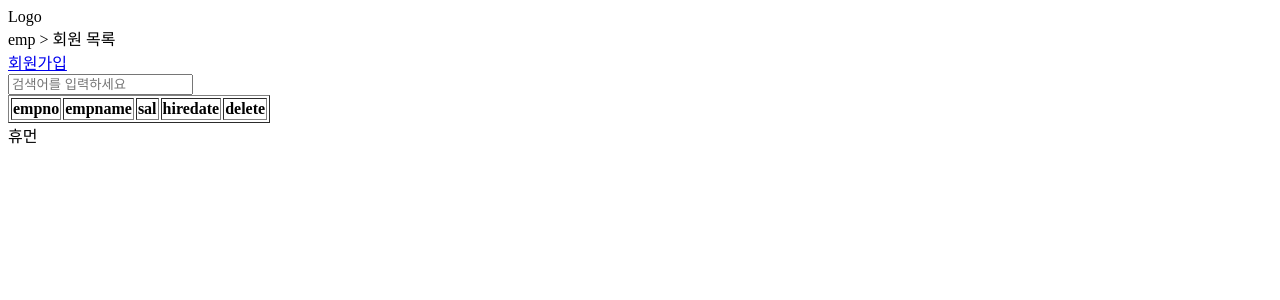
Repository: polikiki/Connor-s-team-projectt
Page: http://localhost/proj6_myBatis/emp0
These files come from the project's save history. The page is drawn as it stood at one moment and after the next save; the edit follows.
The browser window is 1280 px wide. The pictures show the whole page.
The page is served by Tomcat 9. Other server files are loaded and not shown. Queries for data that is not in the repository find no rows.

Above is the page before, as saved 2024-09-20 02:44:15.

### workspace_java/proj6_myBatis/src/main/webapp/WEB-INF/views/emp.jsp
<%@ page language="java" contentType="text/html; charset=UTF-8"
    pageEncoding="UTF-8"%>
<%@ taglib prefix="c" uri="http://java.sun.com/jsp/jstl/core" %>
<%@ taglib prefix="fmt" uri="http://java.sun.com/jsp/jstl/fmt" %>
<%@ taglib prefix="fn" uri="http://java.sun.com/jsp/jstl/functions" %>

<!DOCTYPE html>
<html>
<head>
<meta charset="UTF-8">
<title>Insert title here</title>
</head>
<body>
<header>
	Logo
	<nav>emp > 회원 목록</nav>
</header>
<main>
	<a href="emp0?cmd=join">회원가입</a>
	<section>
		<article>
			<form method="get" action="empo0">
				<input type="text" placeholder="검색어를 입력하세요">
			</form>
			<table border="1">
				<caption style = "display:none;">회원 목록 표시 : display:none으로 감춰놓자</caption>
				<thead>
					<tr>
						<th>empno</th>
						<th>empname</th>
						<th>sal</th>
						<th>hiredate</th>
						<th>delete</th>
					</tr>
				</thead>
				<tbody>
					<c:forEach var="dto" items="${emplist}">
						<tr>
							<form action="emp0" method="post">

							<td>${dto.empno}</td>
							<td><a
								href="emp0?cmd=detail&empno=${dto.empno}">${dto.ename}</a></td>
							<td>${dto.sal}</td>
							<td>
								<fmt:formatDate value="${dto.hireDate}" pattern="yyyy년 MM월 dd일 hh시 mm분 ss초"/>
							</td>
							<td>
								<form action="emp0" method="post">
									<input type="hidden" name="cmd" value="delete">
									<input type="hidden" name="empno" value="${dto.empno}">
									<input type="submit" value="삭제">
							</form>
							</td>
						</tr>
					</c:forEach>
				</tbody>
			</table>
		</article>
	</section>
</main>
<footer>휴먼</footer>
</body>

<script>

</script>
</html>

### workspace_java/proj6_myBatis/src/main/java/emp/crud/Emp0Servlet.java
package emp.crud;

import java.io.IOException;
import java.sql.Date;
import java.util.List;

import javax.servlet.ServletException;
import javax.servlet.annotation.WebServlet;
import javax.servlet.http.HttpServlet;
import javax.servlet.http.HttpServletRequest;
import javax.servlet.http.HttpServletResponse;

@WebServlet("/emp0")
public class Emp0Servlet extends HttpServlet {
	private static final long serialVersionUID = 1L;

	private boolean _DEBUG = true;

	protected void doGet(HttpServletRequest request, HttpServletResponse response) throws ServletException, IOException {

		String cmd = request.getParameter("cmd");
		EmpDAO empDAO = new EmpDAO();

		if(cmd == null) {

		List<EmpDTO> emplist = empDAO.selectEmp();

		request.setAttribute("emplist", emplist);

		request.getRequestDispatcher("/WEB-INF/views/emp.jsp").forward(request, response);
		}else if("join".equals(cmd)){

			request.getRequestDispatcher("/WEB-INF/views/empjoin.jsp").forward(request, response);
		}else if("detail".equals(cmd)) {

			// pk인 empno 확보
			String strEmpno = request.getParameter("empno");

			try {
				int empno = Integer.parseInt(strEmpno);

				// 특정 회원 정보 조회
				EmpDTO empDTO = empDAO.selectOneEmp(empno);
				System.out.println("empDTO :"+ empDTO);
				// 정보를 request에 담아서
				request.setAttribute("empDTO", empDTO);
				request.setAttribute("cmd", "detail");
				// 상세 정보 페이지로 이동
				request.getRequestDispatcher("/WEB-INF/views/empjoin.jsp").forward(request, response);

			}catch (Exception e) {
				e.printStackTrace();
			}

		}else if("edit".equals(cmd)) {


				// pk인 empno 확보
				String strEmpno = request.getParameter("empno");

				try {
						int empno = Integer.parseInt(strEmpno);

					// 특정 회원 정보 조회
					EmpDTO empDTO = empDAO.selectOneEmp(empno);

					// 정보를 request에 담아서
					request.setAttribute("empDTO", empDTO);
					request.setAttribute("cmd", cmd);

					// 상세 정보 페이지로 이동
					request.getRequestDispatcher("/WEB-INF/views/empjoin.jsp").forward(request, response);

				}catch (Exception e) {
					e.printStackTrace();
				}

		}

	}


	protected void doPost(HttpServletRequest request, HttpServletResponse response) throws ServletException, IOException {

		request.setCharacterEncoding("utf-8");
		response.setContentType("text/html; charset=utf-8;");

		String strEmpno = request.getParameter("empno");
		String ename = request.getParameter("ename");
		String strHireDate = request.getParameter("hireDate"); // 2024-09-19


		try {
			int empno = Integer.parseInt(strEmpno);

			Date hireDate = null;

			if(strHireDate != null) {
				hireDate = Date.valueOf(strHireDate);
			}


			EmpDTO empDTO = new EmpDTO();
			empDTO.setEmpno(empno);
			empDTO.setEname(ename);
			empDTO.setHireDate(hireDate);

			// insert 실행

			EmpDAO empDAO = new EmpDAO();

			String cmd = request.getParameter("cmd");
			if(cmd == null) {
				int result = empDAO.insertEmp(empDTO);
				System.out.println("회원 가입 결과 :"+ result);
			}else if("edit".equals(cmd)) {
				int result = empDAO.updateEmp(empDTO);
				System.out.println("업데이트 결과 :"+ result);
			}else if("delete".equals(cmd)) {
				// 삭제
				int result = empDAO.DeleteEmp(empDTO);
				System.out.println("삭제 결과 :"+ result);
			}

			response.sendRedirect("emp0");

		}catch (Exception e) {
			if(_DEBUG) {
				e.printStackTrace();
			}
		}

	}


	protected void doDelete(HttpServletRequest request, HttpServletResponse response) throws ServletException, IOException {

	}

	protected void doPut(HttpServletRequest request, HttpServletResponse response) throws ServletException, IOException {



	}

}

### workspace_java/proj6_myBatis/src/main/java/emp/crud/EmpDAO.java
package emp.crud;

import java.io.Reader;
import java.util.List;
import java.util.Map;

import org.apache.ibatis.io.Resources;
import org.apache.ibatis.session.SqlSession;
import org.apache.ibatis.session.SqlSessionFactory;
import org.apache.ibatis.session.SqlSessionFactoryBuilder;

import emp.crud.EmpDTO;

public class EmpDAO {

	private  SqlSessionFactory sqlMapper = null;

    public  SqlSessionFactory getInstance() {
        if(sqlMapper == null) {
        	// DB 접속
        	// 자동 커밋 : sqlMapper.openSession()
        	// 수동 커밋 : sqlMapper.openSession(false)
            try {
                String res = "mybatis/SqlMapConfig.xml";
                Reader reader = Resources.getResourceAsReader(res);

                SqlSessionFactoryBuilder ssfb = new SqlSessionFactoryBuilder();
                sqlMapper = ssfb.build(reader);

                reader.close();
            }catch (Exception e) {
                e.printStackTrace();
            }
        }

        return sqlMapper;
    }

    public List<EmpDTO> selectEmp() {
    	List<EmpDTO> empList = null;

    	// SqlMapConfig.xml을 읽어옴
    	sqlMapper = getInstance();
    	if(sqlMapper != null) {

    		// DB 접속
        	SqlSession sqlSession = sqlMapper.openSession(true);

        	empList = sqlSession.selectList("mapper.emp.selectAllEmp");
        	System.out.println("empList.size :" + empList.size());
    	} else {
    		System.out.println("DB 접속 실패");
    	}

    	return empList;
    }



    public int insertEmp(EmpDTO empDTO) {
    	int result = -1;

    	// SqlMapConfig.xml을 읽어옴
    	sqlMapper = getInstance();
    	if(sqlMapper != null) {

    		// DB 접속
    		// 자동 커밋 : sqlMapper.openSession()
    		// 수동 커밋 : sqlMapper.openSession(false)
        	SqlSession sqlSession = sqlMapper.openSession(true);

        	try {
        		System.out.println(empDTO);
        		result = sqlSession.insert("mapper.emp.param.insertEmp", empDTO);
        	}catch (Exception e) {
        		e.printStackTrace();
			}
    	} else {
    		System.out.println("DB 접속 실패");
    	}

    	return result;
    }

    public int DeleteEmp(EmpDTO empDTO) {
    	int result = -1;

    	// SqlMapConfig.xml을 읽어옴
    	sqlMapper = getInstance();
    	if(sqlMapper != null) {

    		// DB 접속
        	SqlSession sqlSession = sqlMapper.openSession(true);

        	try {
        		System.out.println(empDTO);
        		result = sqlSession.delete("mapper.emp.param.deleteEmp", empDTO);
        	}catch (Exception e) {
        		e.printStackTrace();
			}
    	} else {
    		System.out.println("DB 접속 실패");
    	}

    	return result;
    }

    public EmpDTO selectOneEmp(int empno) {
    	EmpDTO empDTO = null;

    	// SqlMapConfig.xml을 읽어옴
    	sqlMapper = getInstance();
    	if(sqlMapper != null) {

    		// DB 접속
        	SqlSession sqlSession = sqlMapper.openSession();

        	try {
        		empDTO = sqlSession.selectOne("mapper.emp.param.selectOneEmp", empno);
        	}catch (Exception e) {
        		e.printStackTrace();
			}
    	} else {
    		System.out.println("DB 접속 실패");
    	}

    	return empDTO;
    }

    public int updateEmp(EmpDTO empDTO) {
    	int result = -1;

    	// SqlMapConfig.xml을 읽어옴
    	sqlMapper = getInstance();
    	if(sqlMapper != null) {

    		// DB 접속
    		// 자동 커밋 : sqlMapper.openSession()
    		// 수동 커밋 : sqlMapper.openSession(false)
        	SqlSession sqlSession = sqlMapper.openSession(true);

        	try {
        		System.out.println(empDTO);
        		result = sqlSession.update("mapper.emp.param.updateEmp", empDTO);
        	}catch (Exception e) {
        		e.printStackTrace();
			}
    	} else {
    		System.out.println("DB 접속 실패");
    	}

    	return result;
    }

}

### workspace_java/proj6_myBatis/src/main/java/emp/crud/EmpDTO.java
package emp.crud;

import java.sql.Date;

public class EmpDTO {

	private Integer empno;	// 사원번호
	private String ename;	// 사원명
	private String job;
	private Integer mgr;
	private Date hireDate;
	private int sal;
	private Integer comm;
	private int deptno;

	private int rnum;

	private String keyword;

	public int getRnum() {
		return rnum;
	}
	public void setRnum(int rnum) {
		this.rnum = rnum;
	}
	public Integer getEmpno() {
//		System.out.println("getEmpno 호출");
		return this.empno;
	}
	public void setEmpno(Integer empno) {
		this.empno = empno;
	}
	public String getEname() {
		return ename;
	}
	public void setEname(String ename) {
		this.ename = ename;
	}
	public String getJob() {
		return job;
	}
	public void setJob(String job) {
		this.job = job;
	}
	public Integer getMgr() {
		return mgr;
	}
	public void setMgr(Integer mgr) {
		this.mgr = mgr;
	}
	public Date getHireDate() {
		return hireDate;
	}
	public void setHireDate(Date hireDate) {
		this.hireDate = hireDate;
	}
	public int getSal() {
		return sal;
	}
	public void setSal(int sal) {
		this.sal = sal;
	}
	public Integer getComm() {
		return comm;
	}
	public void setComm(Integer comm) {
		this.comm = comm;
	}
	public int getDeptno() {
		return deptno;
	}
	public void setDeptno(int deptno) {
		this.deptno = deptno;
	}

	public String getKeyword() {
		return keyword;
	}
	public void setKeyword(String keyword) {
		this.keyword = keyword;
	}

	@Override
	public String toString() {
		return "EmpDTO [empno=" + empno + ", ename=" + ename + ", job=" + job + ", mgr=" + mgr + ", hireDate="
				+ hireDate + ", sal=" + sal + ", comm=" + comm + ", deptno=" + deptno + ", rnum=" + rnum + ", keyword="
				+ keyword + "]";
	}

}

After the next save:
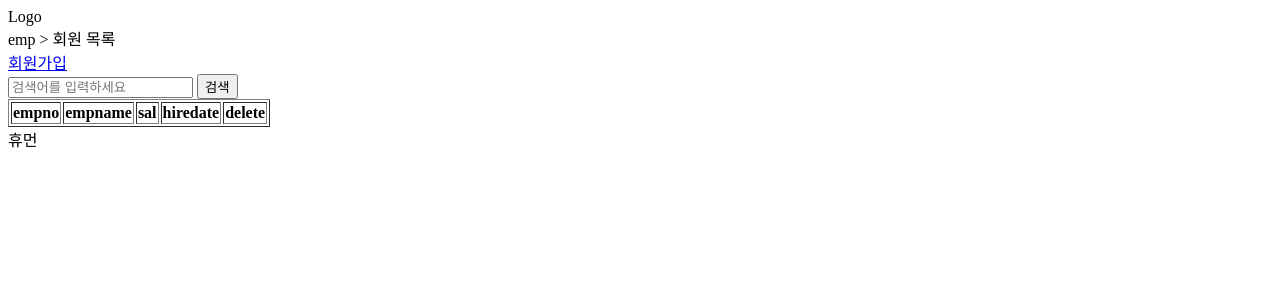
Saved 37 s later.
--- a/workspace_java/proj6_myBatis/src/main/webapp/WEB-INF/views/emp.jsp
+++ b/workspace_java/proj6_myBatis/src/main/webapp/WEB-INF/views/emp.jsp
@@ -21,6 +21,7 @@
 		<article>
 			<form method="get" action="empo0">
 				<input type="text" placeholder="검색어를 입력하세요">
+				<input type="submit" value="검색">
 			</form>
 			<table border="1">
 				<caption style = "display:none;">회원 목록 표시 : display:none으로 감춰놓자</caption>
